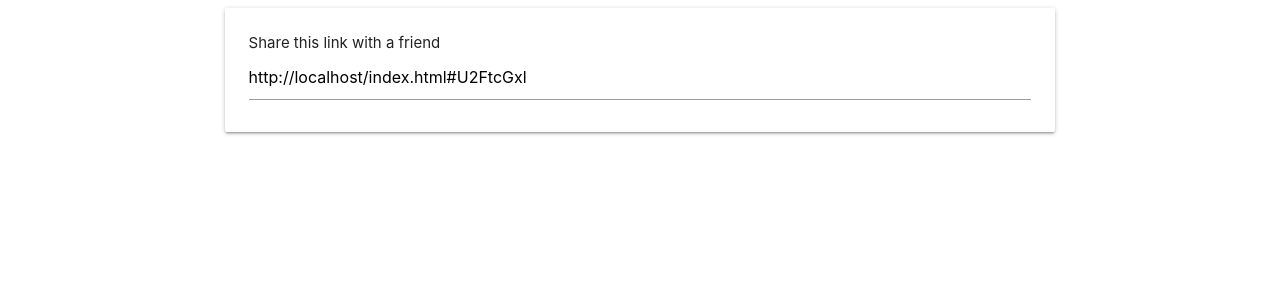
Repository: Sbethm/secret-message-sharing-app
Page: index.html
An editor plug-in stored every save of this project. The page is shown before and after a run of saves, followed by the edit.
The browser window is 1280 px wide. The pictures show the whole page.
Empty fields were first filled with sample values (such as "Sample", 5 or name@example.com).
After loading, the first visible `form` was submitted once.

Above is the page before, as saved 2021-10-13 15:14:52.

### index.html
<!DOCTYPE html>
<html lang="en">
<head>
    <meta charset="UTF-8">
    <meta http-equiv="X-UA-Compatible" content="IE=edge">
    <meta name="viewport" content="width=device-width, initial-scale=1.0">
    <link rel="stylesheet" href="https://cdnjs.cloudflare.com/ajax/libs/materialize/1.0.0/css/materialize.min.css">
    <title>Secret Message Sharing App with Friends!</title>
</head>
<body>
    <div class="row">
        <div class="col s8 offset-s2">
            <div class="card-panel card1">
                <form>
                    <label>Enter a secret message!</label>
                    <input class='message-input'/>
                    <button class="btn">Create</button>
                </form>
            </div>
            <div class="card-panel card2 hide">
                Share this link with a friend
                <input id="link-input" type="text" />
            </div>
        </div>
    </div>
    <script src="apps.js"></script>
</body>
</html>

### apps.js
document.querySelector('form').addEventListener('submit', event => {
    event.preventDefault();

    const input = document.querySelector('.message-input');
    const encrypted = btoa(input.value);


    const link = document.querySelector('#link-input');
    link.value = `${window.location}#${encrypted}`;
    link.select();

    const card1 = document.querySelector('.card1');
    const card2 = document.querySelector('.card2');
    card1.classList.toggle('hide');
    card2.classList.toggle('hide');

})

After the next 2 saves:
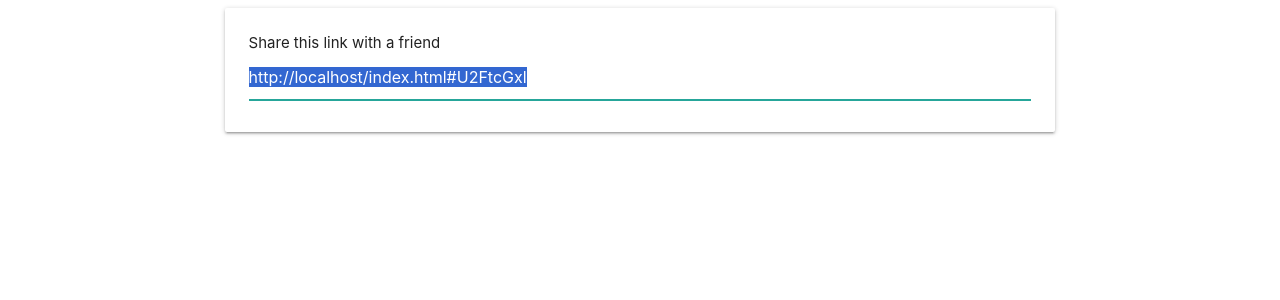
The 2 saves are shown as one change because they came seconds apart.
The last was saved 2 min 28 s later.
--- a/apps.js
+++ b/apps.js
@@ -7,11 +7,12 @@ document.querySelector('form').addEventListener('submit', event => {
 
     const link = document.querySelector('#link-input');
     link.value = `${window.location}#${encrypted}`;
-    link.select();
+
 
     const card1 = document.querySelector('.card1');
     const card2 = document.querySelector('.card2');
     card1.classList.toggle('hide');
     card2.classList.toggle('hide');
 
+    link.select();
 })
